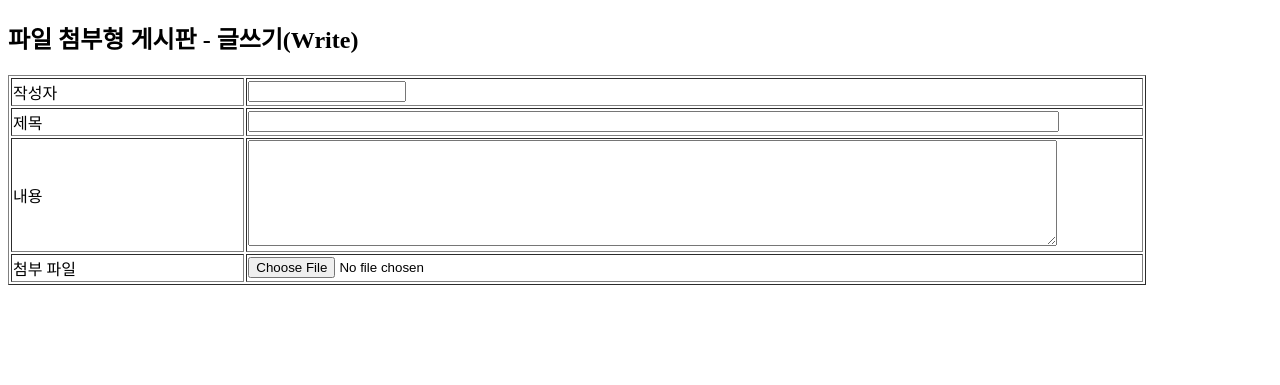
Repository: SteelIndustry/neo
Page: http://localhost/HelloWorld/mvcboard/write.do
These files come from the project's save history. The page is drawn as it stood at one moment and after the next save; the edit follows.
The browser window is 1280 px wide. The pictures show the whole page.
The page is served by Tomcat 9.

Above is the page before, as saved 2022-09-14 06:14:09.

After the next save:
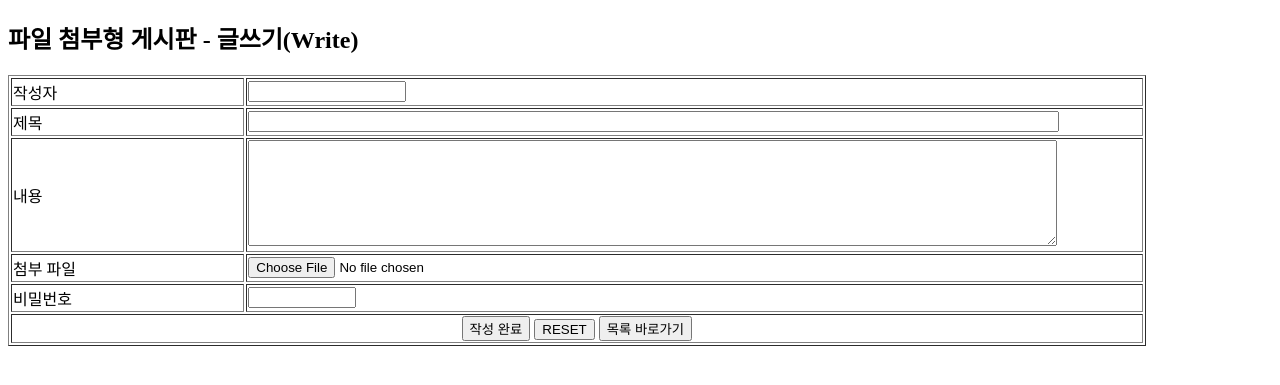
Saved 2 min 5 s later.
--- a/WebJSP/HelloWorld/WebContent/14MVCBoard/Write.jsp
+++ b/WebJSP/HelloWorld/WebContent/14MVCBoard/Write.jsp
@@ -57,6 +57,19 @@
 		<td>첨부 파일</td>
 		<td><input type="file" name="ofile"/></td>
 	</tr>
+	<tr>
+		<td>비밀번호</td>
+		<td><input type="password" name="pass" style="width:100px;"/></td>
+	</tr>
+	<tr>
+		<td colspan="2" align="center">
+			<button type="submit">작성 완료</button>
+			<button type="reset">RESET</button>
+			<button type="button" onclick="location.href='../mvcboard/list.do';">
+				목록 바로가기
+			</button>
+		</td>
+	</tr>
 </table>
 
 </form>
